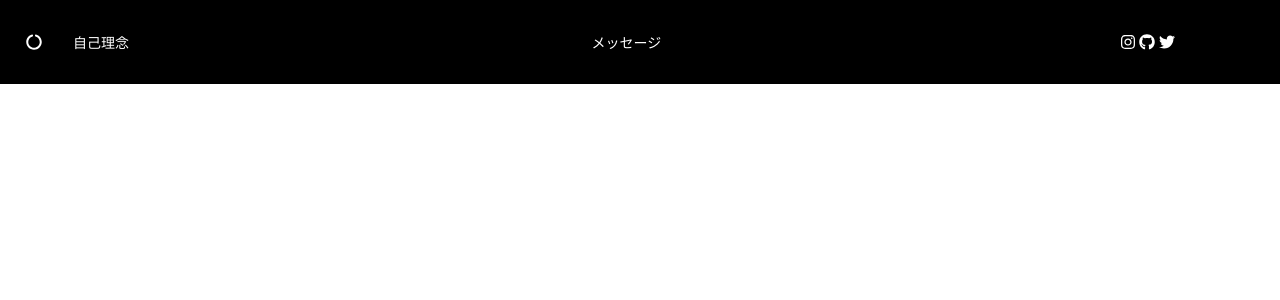
Repository: Rujuu-prog/react-mysite
Page: /selfintroduction
An editor plug-in stored every save of this project. The page is shown before and after the next save, followed by the edit.
The browser window is 1280 px wide. The pictures show the whole page.
The project was rebuilt for these pictures with package versions that can differ from the ones it lists, and the page was loaded fresh each time. A package was used in the major version that the imports need, not the one package.json lists.

Above is the page before, as saved 2021-05-12 22:27:28.

After the next save:
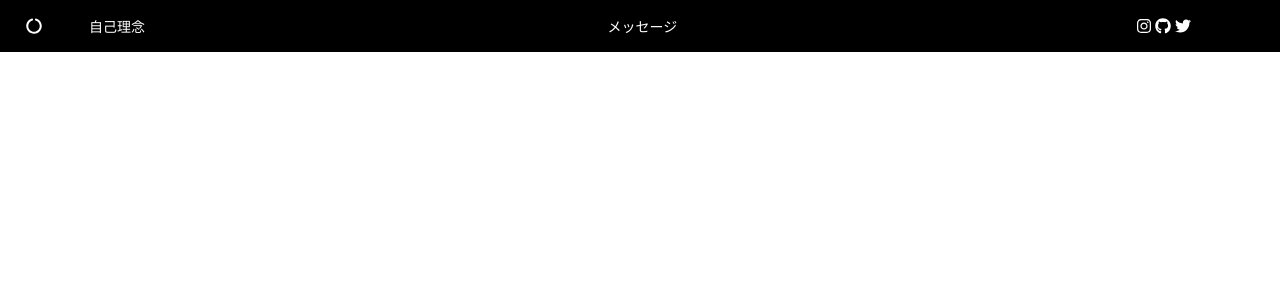
Saved 28 s later.
--- a/src/components/atoms/layout/NaviBar.tsx
+++ b/src/components/atoms/layout/NaviBar.tsx
@@ -33,5 +33,4 @@ const SNavi = styled.ul`
     list-style: none;
     color: #fff;
     text-align: center;
-    padding: 16px 24px;
 `;
